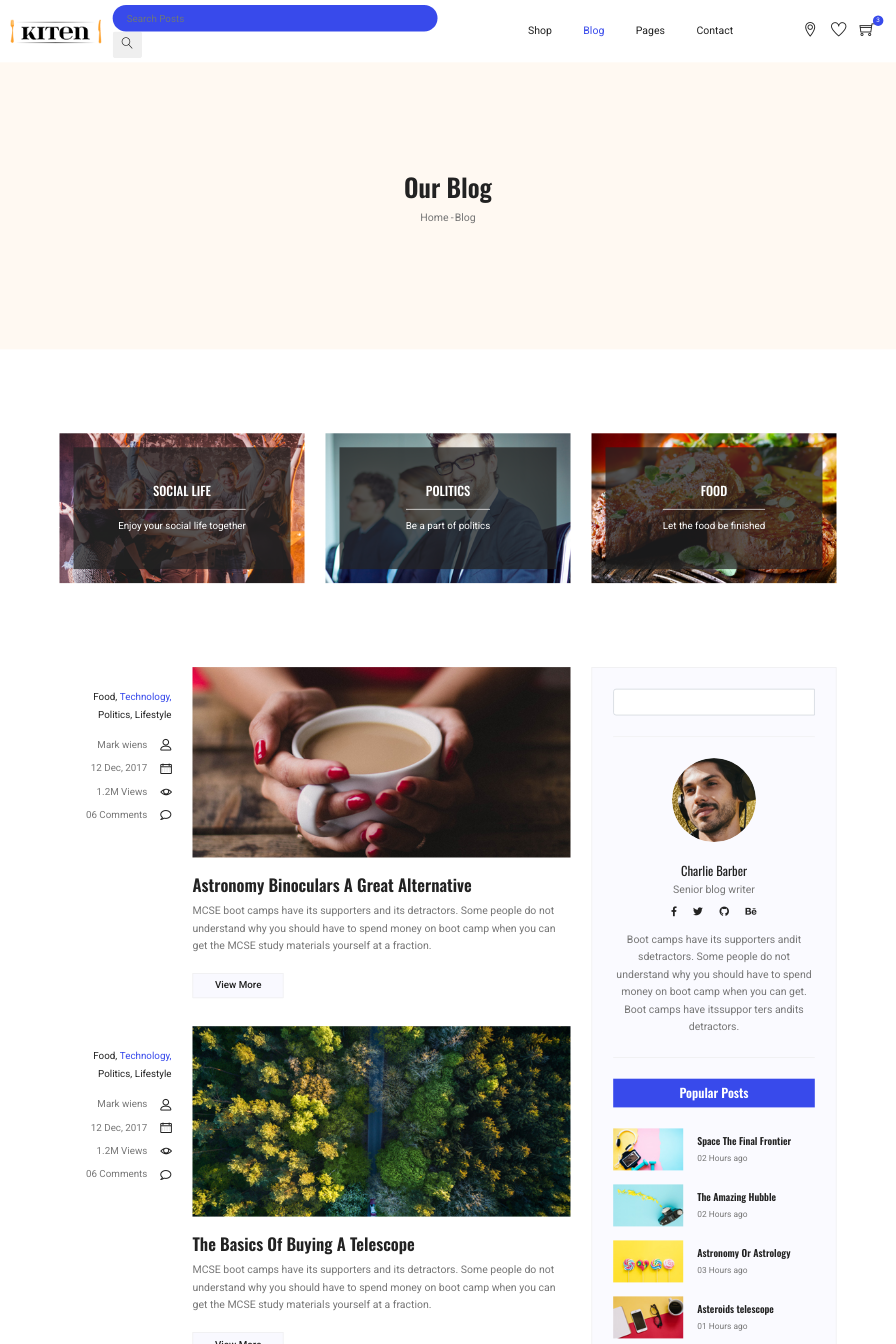
Repository: miniwon/semiProject_KITEN
Page: http://localhost/KITEN/WEB-INF/views/blog.jsp
The author's editor kept a copy of each file at every save. The page is drawn from the files as they stood at one save, then again after the next save.
The browser window is 1280 px wide. The pictures show the part of the page from y = 0 to 1920 px (the page is 4484 px tall), at 70% of full size.
The page is served by Tomcat 9. Nobody is signed in. The template is opened directly, without the code that normally fills it, so the values that code supplies are empty.

Above is the page before, as saved 2022-11-17 02:03:35.

After the next save:
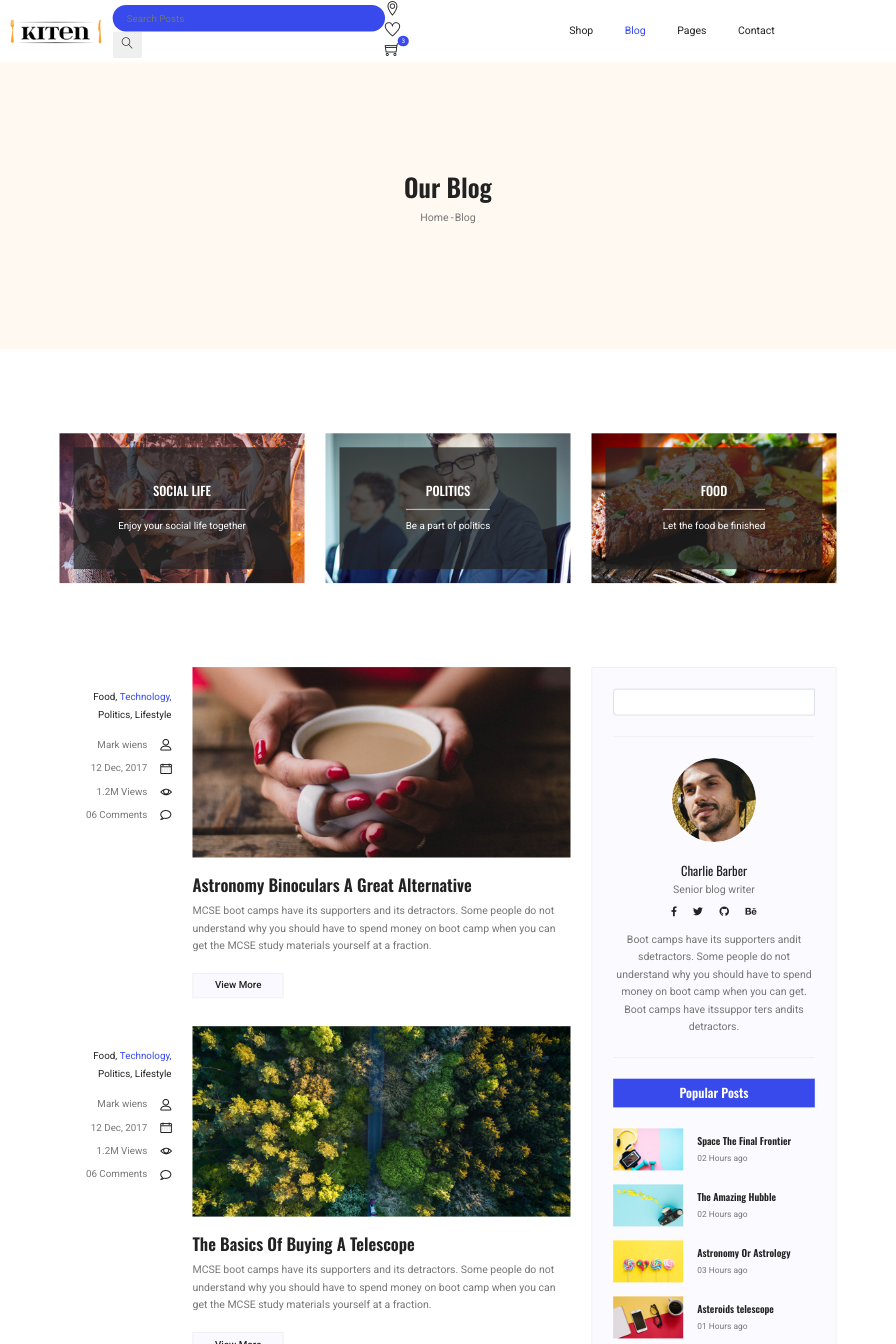
Saved 2 min 46 s later.
--- a/KITEN/src/main/webapp/WEB-INF/views/blog.jsp
+++ b/KITEN/src/main/webapp/WEB-INF/views/blog.jsp
@@ -38,6 +38,17 @@
 							</button>
 						</span>
 					</div>
+					<ul class="nav-shop">
+						<li class="nav-item"><button>
+								<i class="ti-location-pin"></i>
+							</button></li>
+						<li class="nav-item"><button>
+								<i class="ti-heart"></i>
+							</button></li>
+						<li class="nav-item"><button>
+								<i class="ti-shopping-cart"></i><span class="nav-shop__circle">3</span>
+							</button></li>
+					</ul>
 				</div>
 				<div class="container">
 					<div class="collapse navbar-collapse offset" id="navbarSupportedContent">
@@ -63,18 +74,6 @@
 								</ul></li>
 							<li class="nav-item"><a class="nav-link" href="contact.html">Contact</a></li>
 						</ul>
-
-						<ul class="nav-shop">
-							<li class="nav-item"><button>
-									<i class="ti-location-pin"></i>
-								</button></li>
-							<li class="nav-item"><button>
-									<i class="ti-heart"></i>
-								</button></li>
-							<li class="nav-item"><button>
-									<i class="ti-shopping-cart"></i><span class="nav-shop__circle">3</span>
-								</button></li>
-						</ul>
 					</div>
 				</div>
 			</nav>
